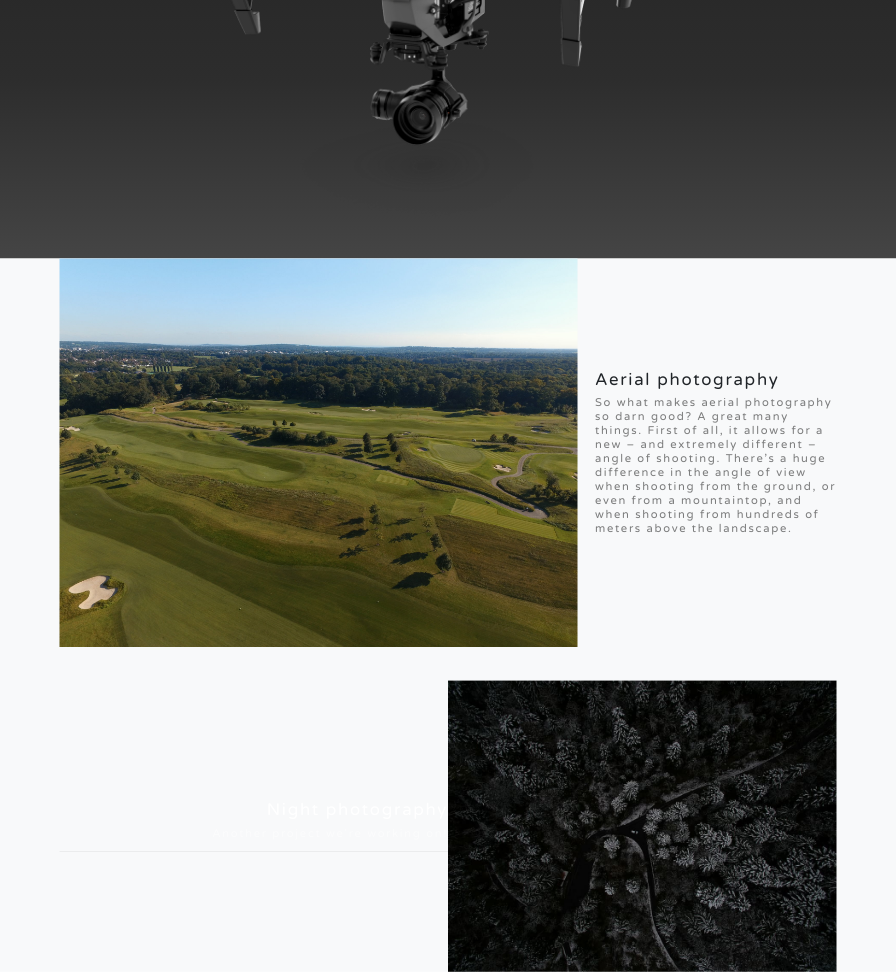
Repository: geoeskel/UCFD-Milestone-Project
Page: index.html
The author's editor kept a record of every edit. The page is drawn from the files as they stood at one moment, then again after the next edit.
The browser window is 1280 px wide. The pictures show the part of the page from y = 1376 to 3296 px (the page is 2764 px tall before and 3296 px after), at 70% of full size.
A picture or video elsewhere on the page could not be fetched, so the positions and the page height are approximate. Some web libraries are served in a nearby version.

Above is the page before.

After the next edit:
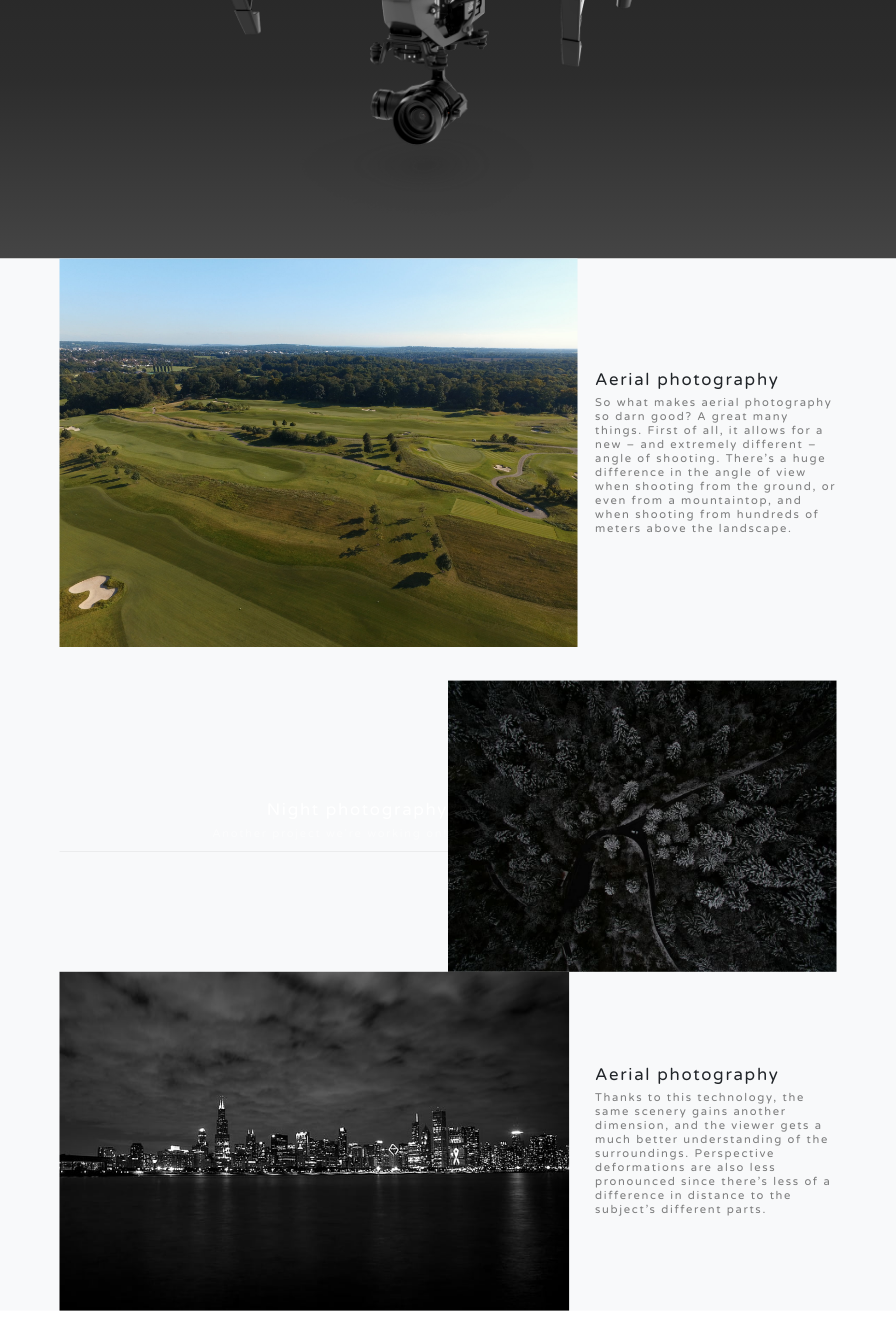
The edit:
--- a/index.html
+++ b/index.html
@@ -107,6 +107,21 @@
         </div>
       </div>
 
+      <div class="row align-items-center no-gutters mb-4 mb-lg-5">
+        <div class="col-xl-8 col-lg-7">
+          <img class="img-fluid mb-3 mb-lg-0" src="img/project-01.jpg" alt="">
+        </div>
+        <div class="col-xl-4 col-lg-5">
+          <div class="featured-text text-center text-lg-left">
+            <div class="first-service">
+              <h4>Aerial photography</h4>
+              <p class="text-black-50 mb-0">Thanks to this technology, the same scenery gains another dimension, and the viewer gets a much better understanding of the surroundings. Perspective deformations are also less pronounced since there’s less of a difference in distance
+                  to the subject’s different parts.</p>
+            </div>
+          </div>
+        </div>
+      </div>
+
     </div>
   </section>
 
